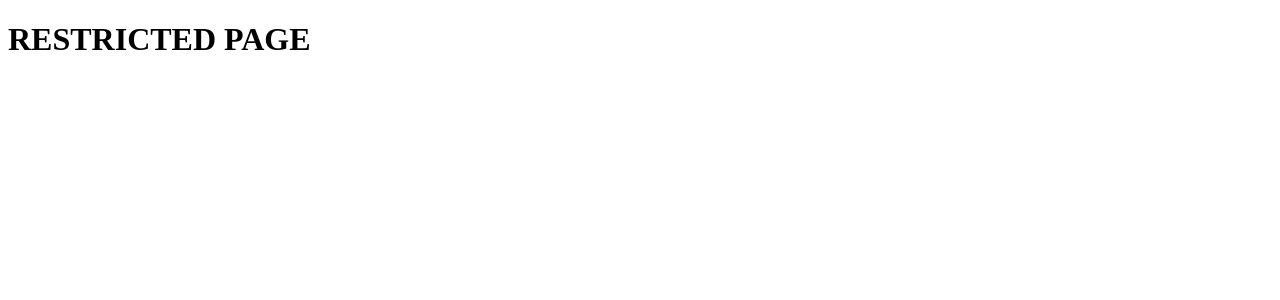
Repository: mdhadi89/dxc_javacodes
Page: http://localhost/hadiLoginApp/Restricted.jsp
These files come from the project's save history. The page is drawn as it stood at one moment and after the next save; the edit follows.
The browser window is 1280 px wide. The pictures show the whole page.
The page is served by Tomcat 9. Other server files are loaded and not shown.

Above is the page before, as saved 2024-05-29 01:31:57.

### eclipse-workspace/hadiLoginApp/src/main/webapp/Restricted.jsp
<%@ page language="java" contentType="text/html; charset=ISO-8859-1"
    pageEncoding="ISO-8859-1"%>
<!DOCTYPE html>
<html>
<head>
<meta charset="ISO-8859-1">
<title>Restricted Page for Manager</title>
</head>
<body>
	<h1 color="red">RESTRICTED PAGE</h1>
</body>
</html>

After the next save:
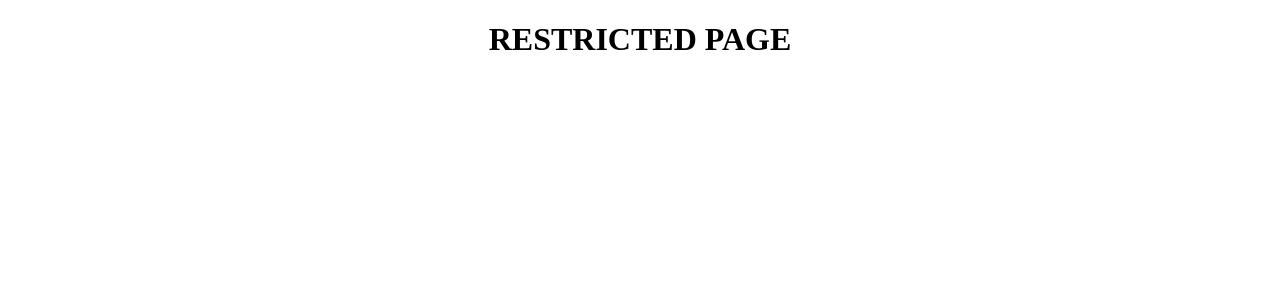
Saved 49 s later.
--- a/eclipse-workspace/hadiLoginApp/src/main/webapp/Restricted.jsp
+++ b/eclipse-workspace/hadiLoginApp/src/main/webapp/Restricted.jsp
@@ -7,6 +7,6 @@
 <title>Restricted Page for Manager</title>
 </head>
 <body>
-	<h1 color="red">RESTRICTED PAGE</h1>
+	<h1 color:red align="center">RESTRICTED PAGE</h1>
 </body>
 </html>
